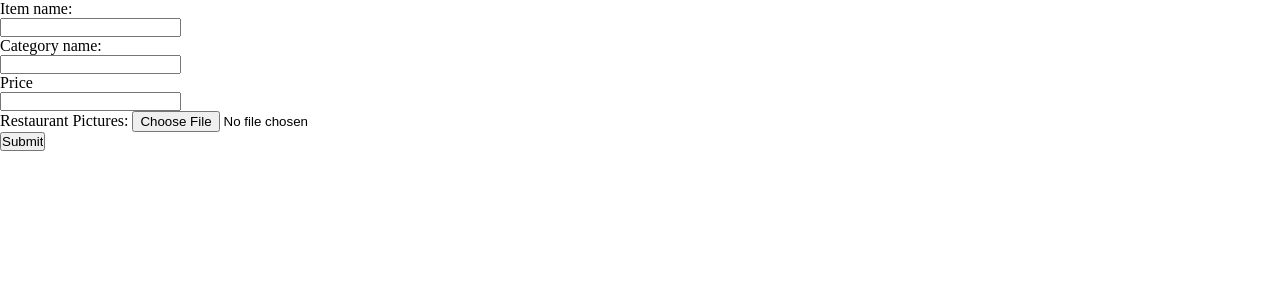
Repository: jatannoury/Ecommerce-Laravel-Electron
Page: Admin-electron/src/HTML/add_item.html
The author's editor kept a copy of each file at every save. The page is drawn from the files as they stood at one save, then again after the next save.
The browser window is 1280 px wide. The pictures show the whole page.

Above is the page before, as saved 2022-06-10 22:12:18.

After the next save:
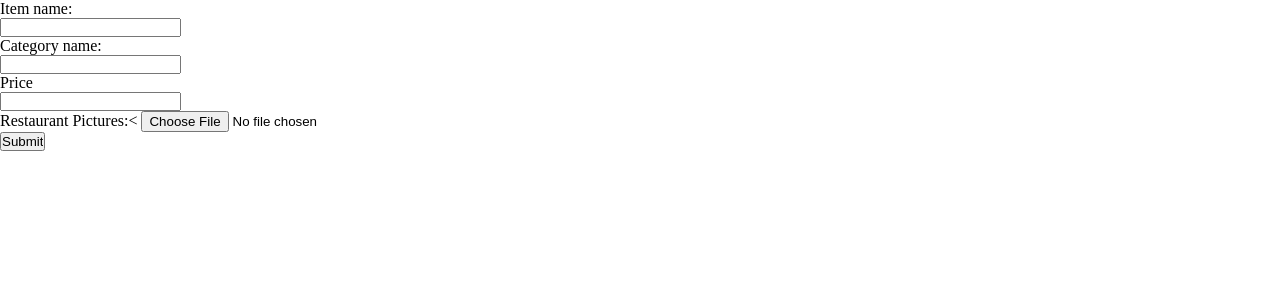
Saved 9 s later.
--- a/Admin-electron/src/HTML/add_item.html
+++ b/Admin-electron/src/HTML/add_item.html
@@ -16,7 +16,7 @@
             <label for="price" id="price">Price</label><br>
             <input type="text" id="fname" name="fname" ><br>
             <div>
-            <label for="pictures">Restaurant Pictures:</label>
+            <label for="pictures">Restaurant Pictures:</label><
             <input id="pictures" type="file" accept="image/*">
             </div>
             <input type="submit" value="Submit">
